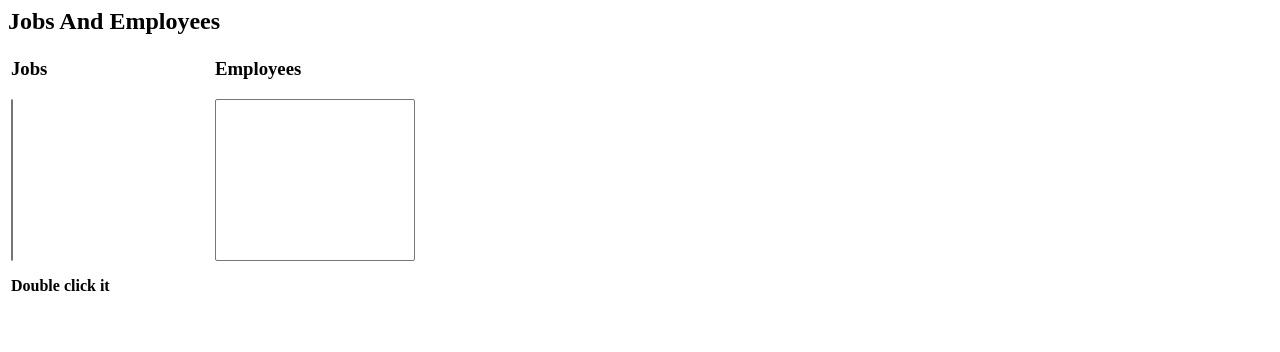
Repository: rejatavi/IntialCommit
Page: Web/WebContent/Jquery/jobs.html
An editor plug-in stored every save of this project. The page is shown before and after the next save, followed by the edit.
The browser window is 1280 px wide. The pictures show the whole page.

Above is the page before, as saved 2018-05-28 22:08:07.
Console error: SyntaxError: missing ) after argument list

### Web/WebContent/Jquery/jobs.html
<html>
<head>
<title>Ajax with jquery</title>
<script src="jquery-3.3.1.min.js"></script>
<script>

$(function(){
	$.getJSON("jobs.jsp",{},displayJobs);
}
);
function displayJobs(data) {
	$.each(data,function(index,job){
		$("#jobs").append("<option value='" +job.id +"'>" +job.title +"</option>";)
	});
}

function getEmployees() {
	$("#employees").contents().remove(); // clear options
	$.getJSON("employees.jsp",
			  {jobid : $("#jobs").val()},
			  displayEmployees);
}
function displayEmployees(data){
	$.each(data,function(index,fullname){
	$("#employees").append("<option>" + fullname +"</option>");
	});
	}
</script>
</head>
<body>

<h2>Jobs And Employees</h2>
<table>
<tr>
<td  valign="top" width="200px">  <h3>Jobs</h3>
<select id="jobs" size="10" ondblclick="getEmployees()"></select><p/>
<b>Double click it</b>
</td>
<td valign="top" width="200px">
<h3>Employees</h3>
<select id="employees" size="10" style="width: 200px"></select>
</td>
</tr>
</table>
</body>
</html>

Loaded but not shown: Web/WebContent/Jquery/jquery-3.3.1.min.js (library)

After the next save:
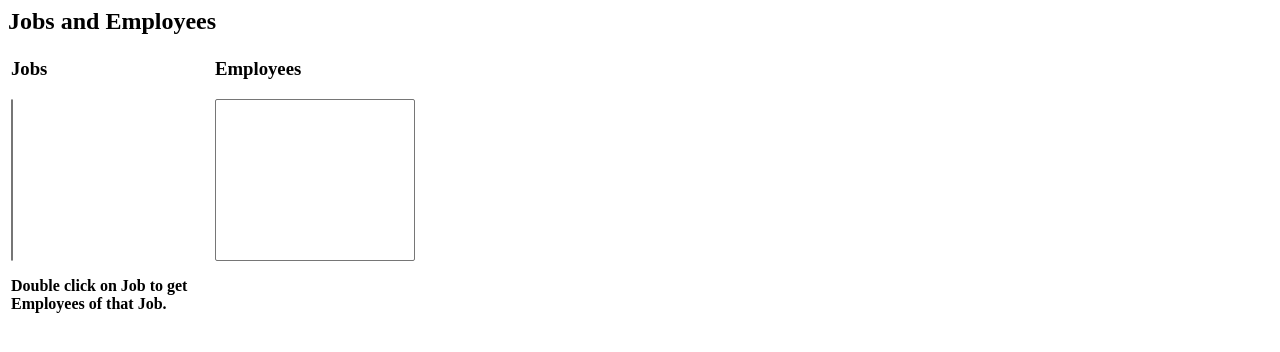
Console error: ReferenceError: $ is not defined
Not found: Web/WebContent/Jquery/jquery-3.3.1.js
Saved 2 h 26 min later.
--- a/Web/WebContent/Jquery/jobs.html
+++ b/Web/WebContent/Jquery/jobs.html
@@ -1,46 +1,50 @@
 <html>
 <head>
-<title>Ajax with jquery</title>
-<script src="jquery-3.3.1.min.js"></script>
+<title>Jobs and Employees</title>
+<script src="jquery-3.3.1.js"></script>
 <script>
-
-$(function(){
-	$.getJSON("jobs.jsp",{},displayJobs);
-}
-);
-function displayJobs(data) {
-	$.each(data,function(index,job){
-		$("#jobs").append("<option value='" +job.id +"'>" +job.title +"</option>";)
+	// this is done when page is loaded  (document ready)
+	$(function() {
+		$.getJSON("jobs.jsp", {}, displayJobs);
 	});
-}
-
-function getEmployees() {
-	$("#employees").contents().remove(); // clear options
-	$.getJSON("employees.jsp",
-			  {jobid : $("#jobs").val()},
-			  displayEmployees);
-}
-function displayEmployees(data){
-	$.each(data,function(index,fullname){
-	$("#employees").append("<option>" + fullname +"</option>");
-	});
+	function displayJobs(data) {
+		$.each(data, function(index, job) {
+			// add items to List box
+			$("#jobs")
+					.append(
+							"<option value='" + job.id + "'>" + job.title
+									+ "</option>");
+		});
+	}
+	function getEmployees() {
+		$("#employees").contents().remove(); // clear options
+		$.getJSON("employees.jsp",
+				  {jobid : $("#jobs").val()},
+				  displayEmployees);
+	}
+	function displayEmployees(data) {
+		$.each(data, function(index, fullname) {
+			// add items to List box
+			$("#employees").append("<option>" + fullname + "</option>");
+		} // end of function
+		); // each
 	}
 </script>
 </head>
 <body>
-
-<h2>Jobs And Employees</h2>
-<table>
-<tr>
-<td  valign="top" width="200px">  <h3>Jobs</h3>
-<select id="jobs" size="10" ondblclick="getEmployees()"></select><p/>
-<b>Double click it</b>
-</td>
-<td valign="top" width="200px">
-<h3>Employees</h3>
-<select id="employees" size="10" style="width: 200px"></select>
-</td>
-</tr>
-</table>
+	<h2>Jobs and Employees</h2>
+	<table>
+		<tr>
+			<td valign="top" width="200px">
+				<h3>Jobs</h3> <select id="jobs" size="10"
+				ondblclick="getEmployees()"></select>
+			<p /> <b>Double click on Job to get Employees of that Job.</b>
+			</td>
+			<td valign="top" width="200px">
+				<h3>Employees</h3> <select id="employees" size="10"
+				style="width: 200px"></select>
+			</td>
+		</tr>
+	</table>
 </body>
 </html>
